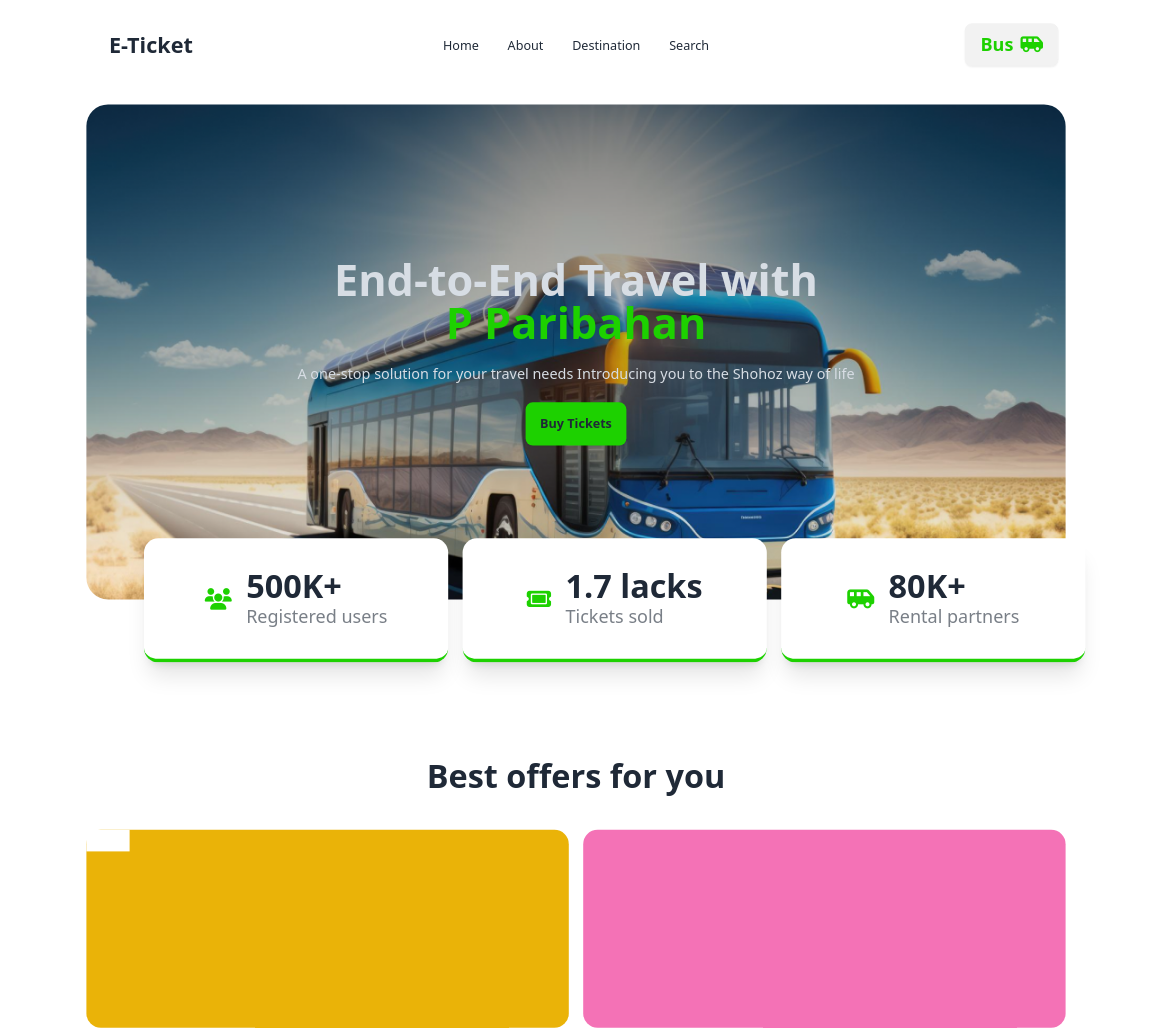
Repository: RudrasahaDibos/Smart-ticketing
Page: index.html
These files come from the project's save history. The page is drawn as it stood at one moment and after a run of saves; the edit follows.
The browser window is 1280 px wide. The pictures show the whole page, at 90% of full size.
Some web fonts or font styles are not loaded; a fallback is used. Some web libraries are served in a nearby version.

Above is the page before, as saved 2024-11-10 01:06:16.

### index.html
<!DOCTYPE html>
<html lang="en">
<head>
    <meta charset="UTF-8">
    <meta name="viewport" content="width=device-width, initial-scale=1.0">
    <title>Smart-ticketing</title>
    <!-- tailwind link -->
<link href="https://cdn.jsdelivr.net/npm/daisyui@4.12.14/dist/full.min.css" rel="stylesheet" type="text/css" />
<script src="https://cdn.tailwindcss.com"></script>
<!-- font awesome link -->
<link rel="stylesheet" href="https://cdnjs.cloudflare.com/ajax/libs/font-awesome/6.6.0/css/all.min.css" integrity="sha512-Kc323vGBEqzTmouAECnVceyQqyqdsSiqLQISBL29aUW4U/M7pSPA/gEUZQqv1cwx4OnYxTxve5UMg5GT6L4JJg==" crossorigin="anonymous" referrerpolicy="no-referrer" />

<!-- google fonts  -->
<link rel="preconnect" href="https://fonts.googleapis.com">
<link rel="preconnect" href="https://fonts.gstatic.com" crossorigin>
<link href="https://fonts.googleapis.com/css2?family=Anton+SC&family=Manrope:wght@200..800&family=Raleway:ital,wght@0,100..900;1,100..900&display=swap" rel="stylesheet">

<style>
.raleway{
  font-family: "Raleway", sans-serif;
}
</style>



</head>
<body>
    <!-- header ends here -->
    <header  class="container mx-auto lg:pl-24 lg:pr-24 lg:pt-4 w-[1400px]">
               <div>
                <!-- navbar starts here -->
                <div class="navbar bg-base-100">
                    <div class="navbar-start">
                      <div class="dropdown">
                        <div tabindex="0" role="button" class="btn btn-ghost lg:hidden">
                          <svg
                            xmlns="http://www.w3.org/2000/svg"
                            class="h-5 w-5"
                            fill="none"
                            viewBox="0 0 24 24"
                            stroke="currentColor">
                            <path
                              stroke-linecap="round"
                              stroke-linejoin="round"
                              stroke-width="2"
                              d="M4 6h16M4 12h8m-8 6h16" />
                          </svg>
                        </div>
                        <ul
                          tabindex="0"
                          class="menu menu-sm dropdown-content bg-base-100 rounded-box z-[1] mt-3 w-52 p-2 shadow">
                          <li><a>Home</a></li>
                          <li><a>About</a></li>
                          <li><a>Destination</a></li>
                          <li><a>Search</a></li>
                        </ul>
                      </div>
                      <a class="btn btn-ghost text-2xl font-extrabold">E-Ticket</a>
                    </div>
                    <div class="navbar-center hidden lg:flex">
                      <ul class="menu menu-horizontal px-1">
                        <li><a>Home</a></li>
                        <li><a>About</a></li>
                        <li><a>Destination</a></li>
                        <li><a>Search</a></li>
                      </ul>
                    </div>
                    <div class="navbar-end">
                      <a class="btn text-[#1DD100]  border-1  text-xl">Bus <i class="fa-solid fa-van-shuttle"></i></a>
                    </div>
                  </div>
               </div>

              <!-- banner start here -->

              <div
              class="hero h-[550px] mt-8 bg-[url('/images/banner.png')] rounded-3xl relative">

              <div class="hero-content text-neutral-content text-center">
                <div class="">
                  <h1 class="mb-5 text-5xl font-extrabold">End-to-End Travel with <br> <span class="text-5xl text-[#1DD100]  font-extrabold">P Paribahan</span></h1>
                  <p class="mb-5">
                    A one-stop solution for your travel needs

                    Introducing you to the Shohoz way of life
                  </p>
                  <button class="btn bg-[#1DD100] border-none">Buy Tickets</button>
                </div>
              </div>
            </div>



                 <!-- banner end here -->

                <!-- 3 card start here  -->

                        <div class=" flex justify-between items-center gap-4 pl-16 pr-16 absolute -bottom-4   ">
                            <div class="stat flex bg-white justify-center items-center shadow-xl  border-b-4 border-b-[#1DD100]  rounded-2xl w-[338px] h-[138px]">
                                <div class="text-[#1DD100] text-2xl font-extrabold ">
                                    <i class="fa-solid fa-users"></i>
                                  </div>

                             <div>
                                <div class="stat-value">500K+</div>
                                <div class="stat-desc text-xl ">Registered users</div>
                             </div>


                            </div>

                            <div class="stat flex bg-white justify-center items-center  border-b-4 border-b-[#1DD100] shadow-xl  rounded-2xl w-[338px] h-[138px]">
                                <div class="text-[#1DD100] text-2xl font-extrabold ">
                                    <i class="fa-solid fa-ticket  "></i>

                                  </div>

                             <div>
                                <div class="stat-value">1.7 lacks</div>
                                <div class="stat-desc text-xl ">Tickets sold</div>
                             </div>


                            </div>

                            <div class="stat flex bg-white justify-center items-center  border-b-4 border-b-[#1DD100] shadow-xl  rounded-2xl w-[338px] h-[138px]">
                                <div class="text-[#1DD100] text-2xl font-extrabold ">
                                    <i class="fa-solid fa-van-shuttle"></i>

                                  </div>

                             <div>
                                <div class="stat-value">80K+</div>
                                <div class="stat-desc text-xl ">Rental partners</div>
                             </div>


                            </div>
                          </div>




                  <!-- 3 card ends here -->

               <!-- navbar Ends here -->
    </header>
    <!-- header ends here -->


     <!-- main start here -->
    <main class="container mx-auto lg:pl-24 lg:pr-24 lg:pt-4 w-[1400px]" >
                  <!-- Best offers for you start here -->
                     <section class="mt-40">
                               <h1 class="text-4xl font-semibold text-center">Best offers for you</h1>

                                <div class="flex gap-4 mt-10">
                                    <div class="bg-yellow-500  w-[573px] h-[220px] rounded-2xl">
                                               <p class="bg-white w-[48px] h-[24px]"></p>
                                    </div>
                                    <div class="bg-pink-400   w-[573px] h-[220px] rounded-2xl">

                                    </div>
                                </div>
                     </section>

                  <!-- Best offers for you ends here -->
    </main>
    <!-- main ends here -->



    <!-- js add -->
     <script src="index.js"></script>
</body>
</html>

Loaded but not shown: index.js (common file)

After the next 2 saves:
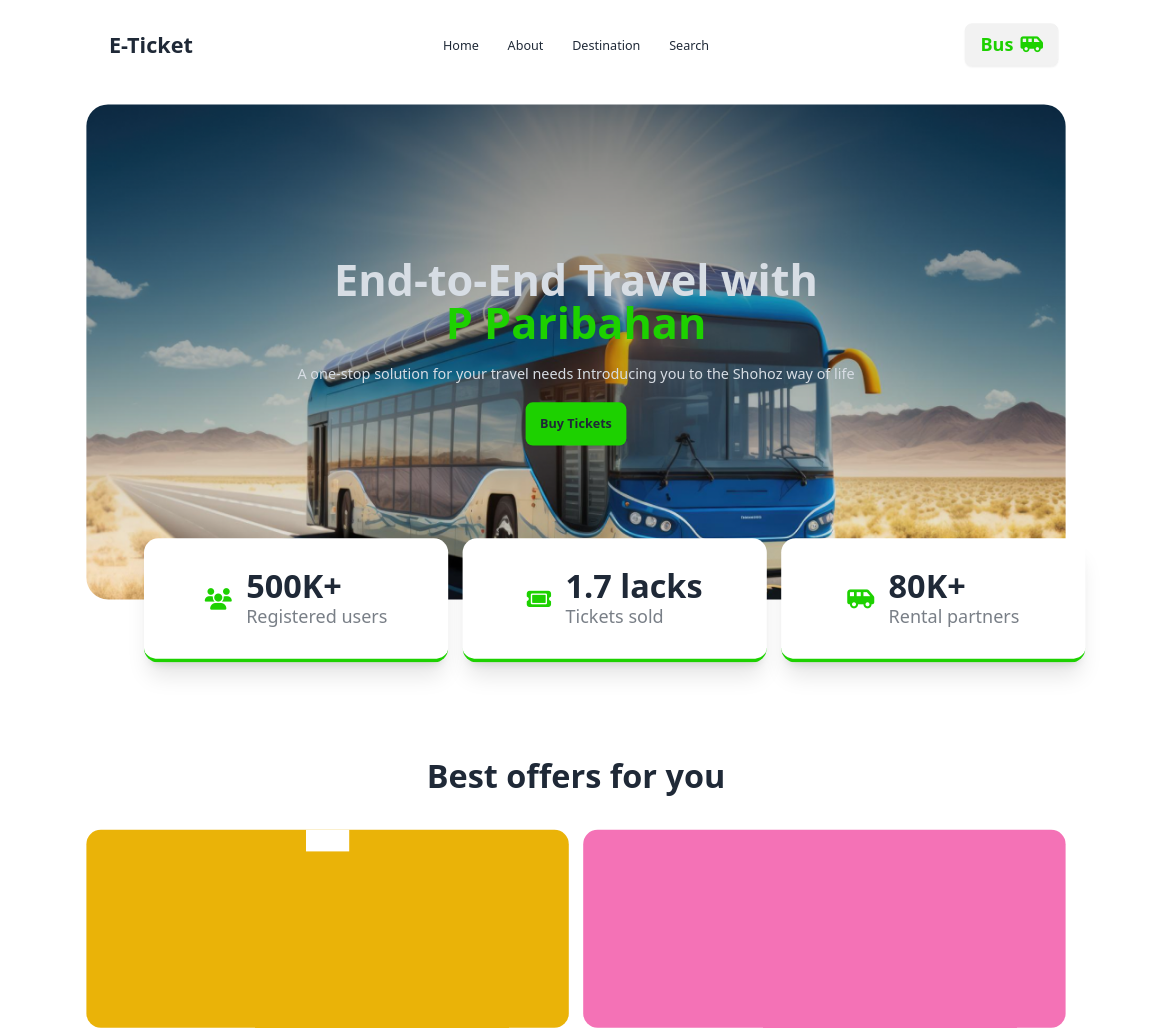
The 2 saves are shown as one change because they came seconds apart.
The last was saved 16 s later.
--- a/index.html
+++ b/index.html
@@ -156,7 +156,7 @@
 
                                 <div class="flex gap-4 mt-10">
                                     <div class="bg-yellow-500  w-[573px] h-[220px] rounded-2xl">
-                                               <p class="bg-white w-[48px] h-[24px]"></p>
+                                               <p class="bg-white w-[48px] h-[24px] mx-auto"></p>
                                     </div>
                                     <div class="bg-pink-400   w-[573px] h-[220px] rounded-2xl">
 
